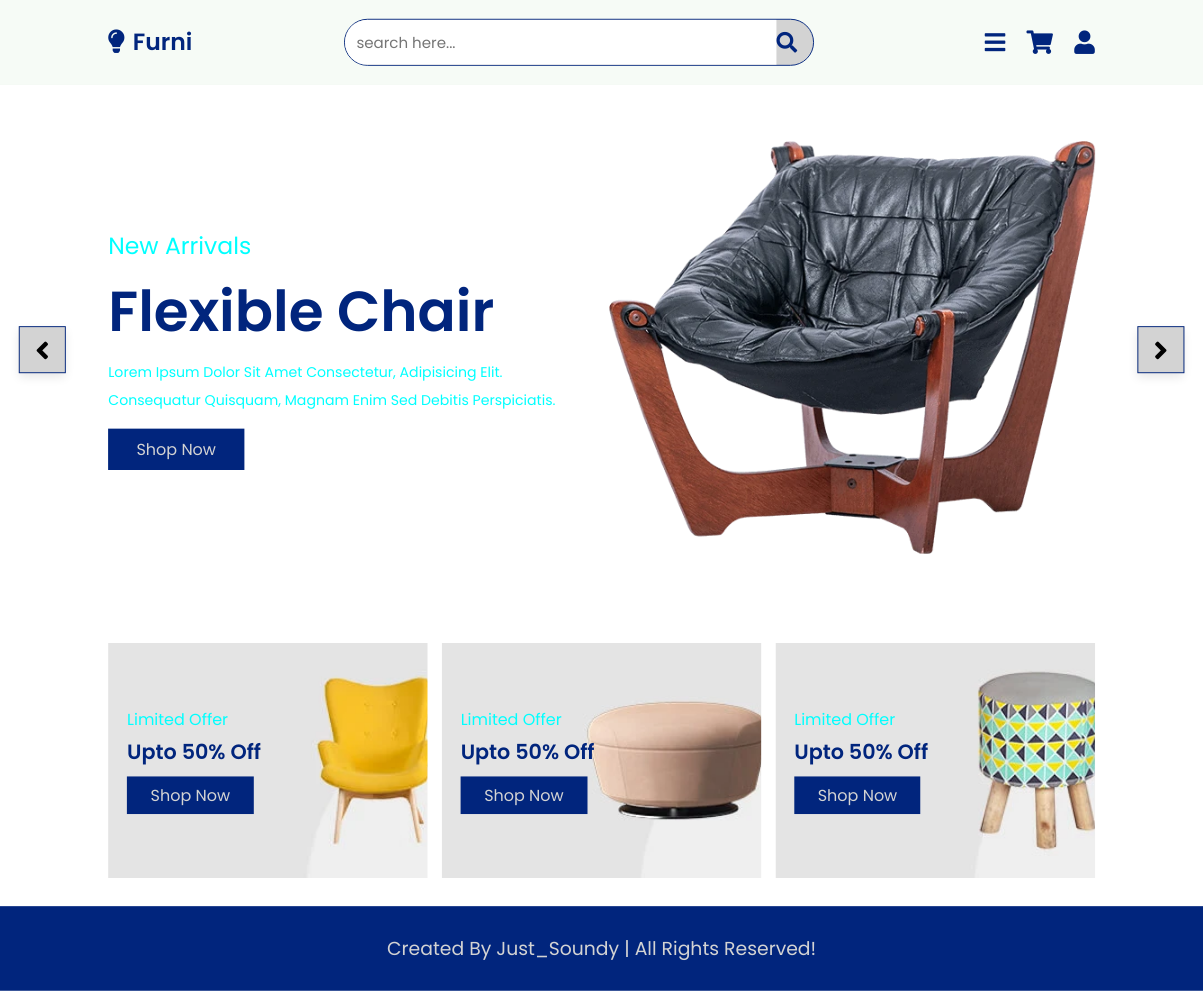
Repository: spencersoundy/furniture-store
Page: home.html
The author's editor kept a copy of each file at every save. The page is drawn from the files as they stood at one save, then again after a run of saves.
The browser window is 1280 px wide. The pictures show the whole page, at 94% of full size.

Above is the page before, as saved 2023-04-14 13:23:24.

### home.html
<!DOCTYPE html>
<html lang="en">
<head>
    <meta charset="UTF-8">
    <meta http-equiv="X-UA-Compatible" content="IE=edge">
    <meta name="viewport" content="width=device-width, initial-scale=1.0">
    <title>home</title>

    <!-- font awesome cdn link  -->
    <link rel="stylesheet" href="https://cdnjs.cloudflare.com/ajax/libs/font-awesome/5.15.4/css/all.min.css">

    <!-- custom css file link  -->
    <link rel="stylesheet" href="css/style.css">

</head>
<body>

<!-- header section starts  -->

<header class="header">

    <a href="home.html" class="logo"> <i class="fas fa-lightbulb"></i> furni </a>

    <form action="" class="search-form">
        <input type="search" placeholder="search here..." id="search-box">
        <label for="search-box" class="fas fa-search"></label>
    </form>

    <div class="icons">
        <div id="menu-btn" class="fas fa-bars"></div>
        <div id="search-btn" class="fas fa-search"></div>
        <div id="cart-btn" class="fas fa-shopping-cart"></div>
        <div id="login-btn" class="fas fa-user"></div>
    </div>

</header>

<!-- header section ends  -->

<!-- closer btn  -->

<div id="closer" class="fas fa-times"></div>

<!-- navbar  -->

<nav class="navbar">
    <a href="home.html">home</a>
    <a href="shop.html">shop</a>
    <a href="about.html">about</a>
    <a href="team.html">team</a>
    <a href="blog.html">blog</a>
    <a href="contact.html">contact</a>
</nav>

<!-- shopping cart  -->

<div class="shopping-cart">

    <div class="box">
        <i class="fas fa-times"></i>
        <img src="image/cart-img-1.jpg" alt="">
        <div class="content">
            <h3>morden furniture</h3>
            <span class="quantity"> 1 </span>
            <span class="multiply"> x </span>
            <span class="price"> R2380.00 </span>
        </div>
    </div>

    <div class="box">
        <i class="fas fa-times"></i>
        <img src="image/cart-img-2.jpg" alt="">
        <div class="content">
            <h3>morden furniture</h3>
            <span class="quantity"> 1 </span>
            <span class="multiply"> x </span>
            <span class="price"> R2380.00 </span>
        </div>
    </div>

    <div class="box">
        <i class="fas fa-times"></i>
        <img src="image/cart-img-3.jpg" alt="">
        <div class="content">
            <h3>morden furniture</h3>
            <span class="quantity"> 1 </span>
            <span class="multiply"> x </span>
            <span class="price"> R2380.00 </span>
        </div>
    </div>

    <div class="box">
        <i class="fas fa-times"></i>
        <img src="image/cart-img-4.jpg" alt="">
        <div class="content">
            <h3>morden furniture</h3>
            <span class="quantity"> 1 </span>
            <span class="multiply"> x </span>
            <span class="price"> R2380.00 </span>
        </div>
    </div>

    <h3 class="total"> total : <span>R9520.00</span> </h3>

    <a href="#" class="btn">checkout cart</a>

</div>

<!-- login form  -->

<div class="login-form">

    <form action="">
        <h3>login form</h3>
        <input type="email" placeholder="enter your email" class="box">
        <input type="password" placeholder="enter your password" class="box">
        <div class="remember">
            <input type="checkbox" name="" id="remember-me">
            <label for="remember-me">remember me</label>
        </div>
        <input type="submit" value="login now" class="btn">
        <p>forget password? <a href="#">click here</a></p>
        <p>don't have an account? <a href="#">create now</a></p>
    </form>

</div>

<!-- home section starts  -->

<section class="home">

    <div class="slides-container">

        <div class="slide active">
            <div class="content">
                <span>new arrivals</span>
                <h3>flexible chair</h3>
                <p>Lorem ipsum dolor sit amet consectetur, adipisicing elit. Consequatur quisquam, magnam enim sed debitis perspiciatis.</p>
                <a href="#" class="btn">shop now</a>
            </div>
            <div class="image">
                <img src="image/home-img-1.png" alt="">
            </div>
        </div>

        <div class="slide">
            <div class="content">
                <span>new arrivals</span>
                <h3>flexible chair</h3>
                <p>Lorem ipsum dolor sit amet consectetur, adipisicing elit. Consequatur quisquam, magnam enim sed debitis perspiciatis.</p>
                <a href="#" class="btn">shop now</a>
            </div>
            <div class="image">
                <img src="image/home-img-2.png" alt="">
            </div>
        </div>

    </div>

    <div id="slide-next" onclick="next()" class="fas fa-angle-right"></div>
    <div id="slide-prev" onclick="prev()" class="fas fa-angle-left"></div>

</section>

<!-- home section ends -->

<!-- banner section starts  -->

<section class="banner-container">

    <div class="banner">
        <img src="image/banner-1.jpg" alt="">
        <div class="content">
            <span>limited offer</span>
            <h3>upto 50% off</h3>
            <a href="#" class="btn">shop now</a>
        </div>
    </div>

    <div class="banner">
        <img src="image/banner-2.jpg" alt="">
        <div class="content">
            <span>limited offer</span>
            <h3>upto 50% off</h3>
            <a href="#" class="btn">shop now</a>
        </div>
    </div>

    <div class="banner">
        <img src="image/banner-3.jpg" alt="">
        <div class="content">
            <span>limited offer</span>
            <h3>upto 50% off</h3>
            <a href="#" class="btn">shop now</a>
        </div>
    </div>

</section>

<!-- banner section ends -->








<section class="credit">
    created by Just_Soundy | all rights reserved!
</section>

<!-- custom js file link  -->
<script src="js/script.js"></script>

</body>
</html>

Loaded but not shown: js/script.js (54 lines, source omitted); css/style.css (1189 lines, source omitted)

After the next 3 saves:
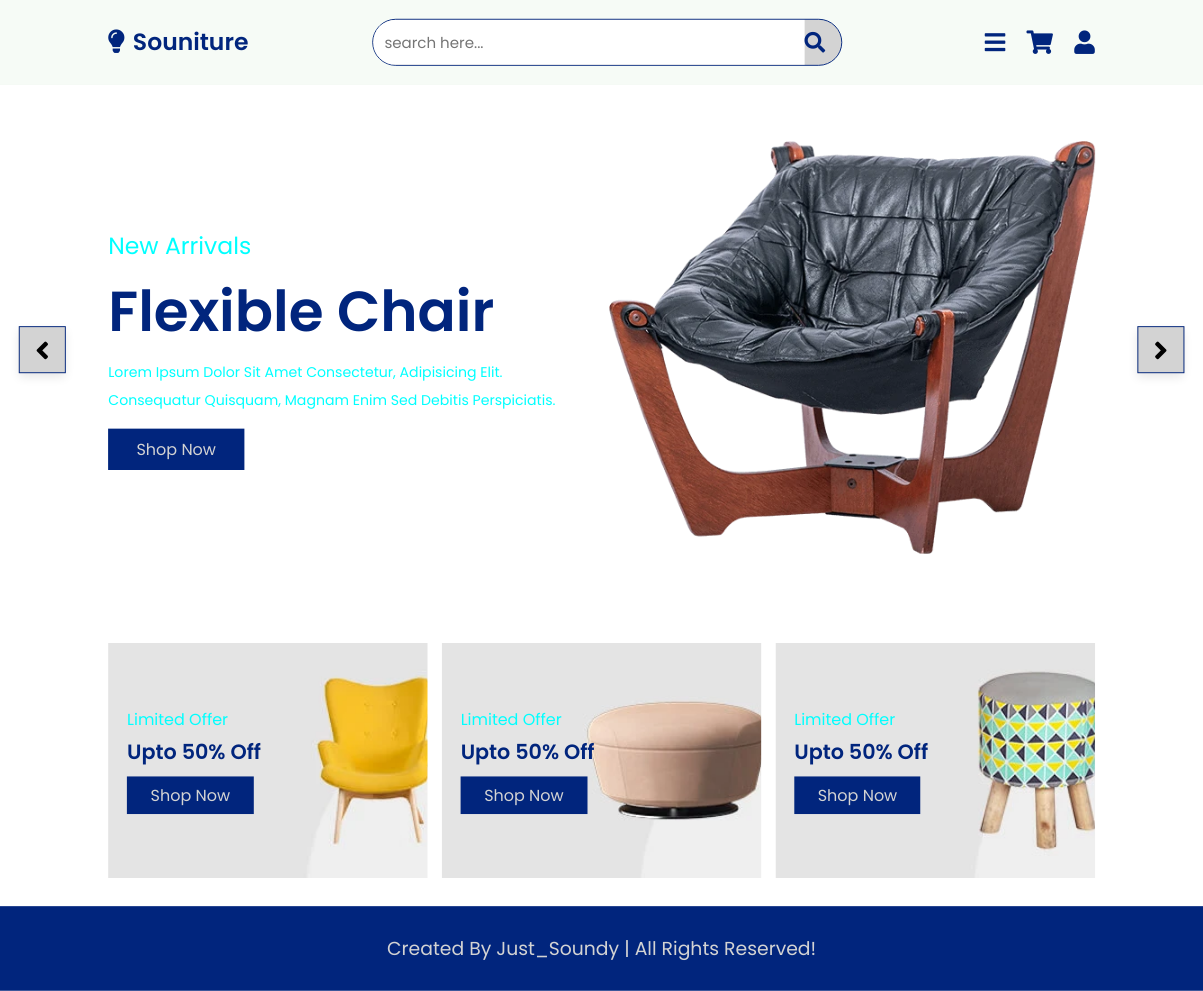
The 3 saves are shown as one change because they came seconds apart.
The last was saved 4 days later.
--- a/home.html
+++ b/home.html
@@ -19,7 +19,7 @@
 
 <header class="header">
 
-    <a href="home.html" class="logo"> <i class="fas fa-lightbulb"></i> furni </a>
+    <a href="home.html" class="logo"> <i class="fas fa-lightbulb"></i> Souniture </a>
 
     <form action="" class="search-form">
         <input type="search" placeholder="search here..." id="search-box">
